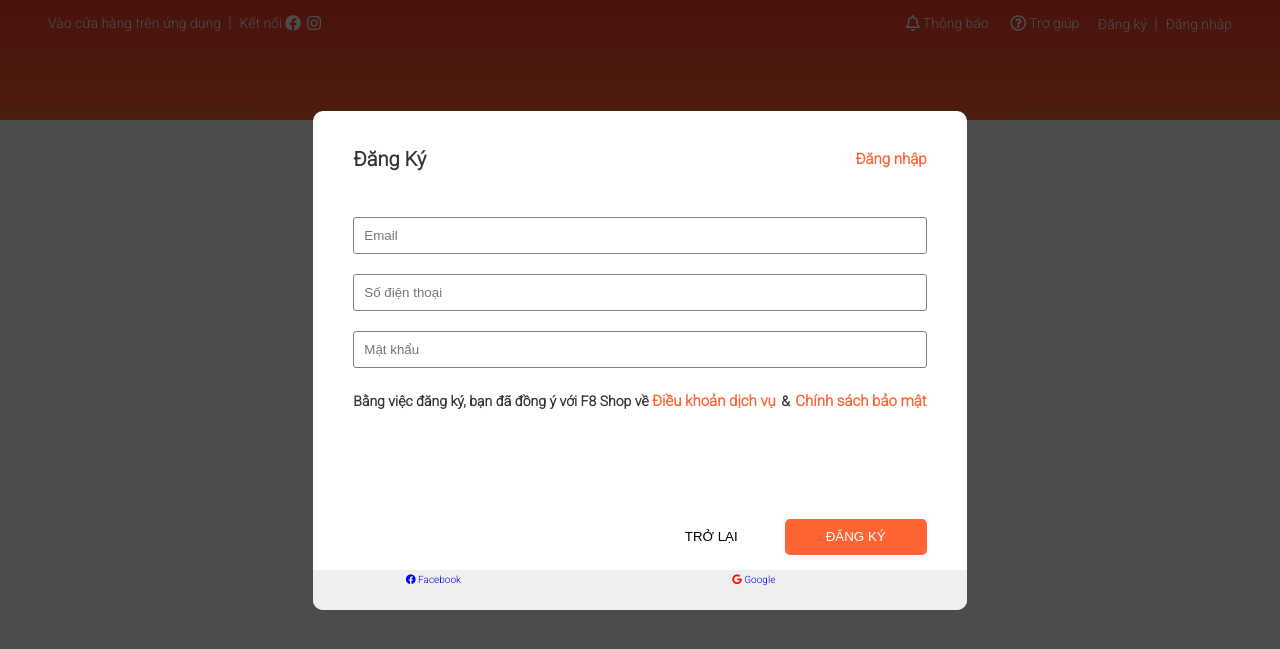
Repository: kebinh1235/Shopee-Demo
Page: index.html
These files come from the project's save history. The page is drawn as it stood at one moment and after the next save; the edit follows.
The browser window is 1280 px wide. The pictures show the whole page.

Above is the page before, as saved 2021-10-01 23:37:56.

After the next save:
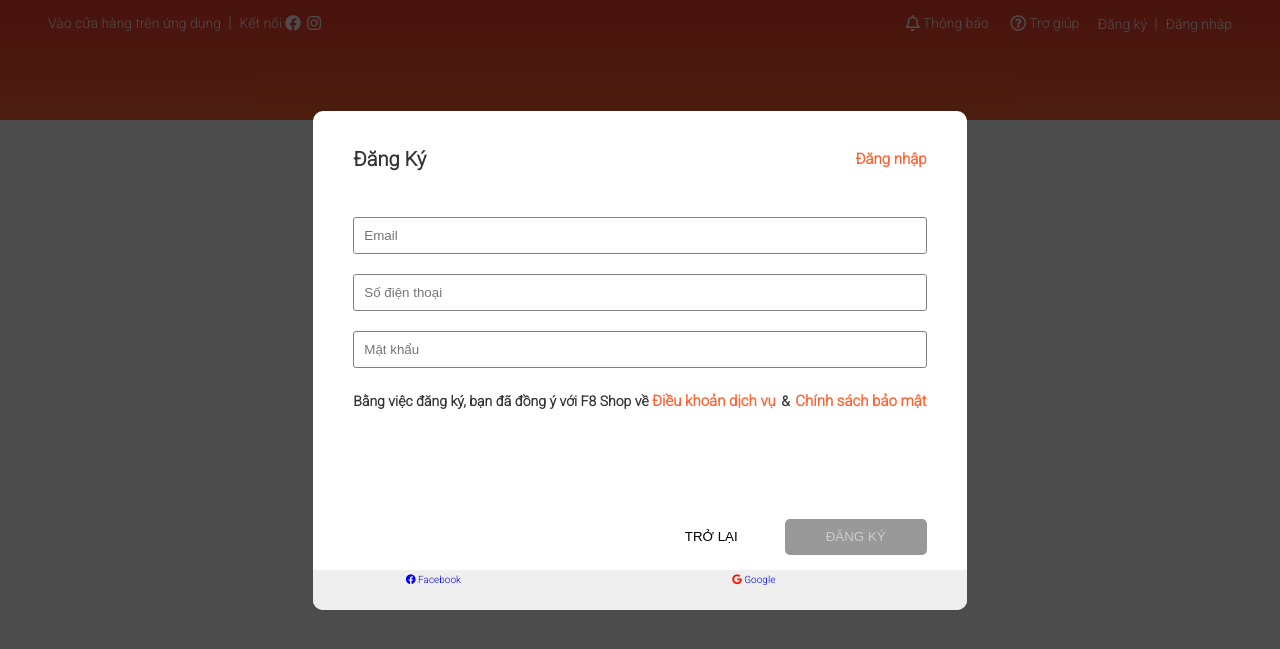
Saved 6 s later.
--- a/index.html
+++ b/index.html
@@ -150,7 +150,7 @@
               </div>
               <div class="auth__form-controls">
                 <button class="btn">TRỞ LẠI</button>
-                <button class="btn btn-primary btn.btn-disabled">ĐĂNG KÝ</button>
+                <button class="btn btn-primary btn-disabled">ĐĂNG KÝ</button>
               </div>
             </div>
             <div class="auth__form-social">

After the 2 saves that followed:
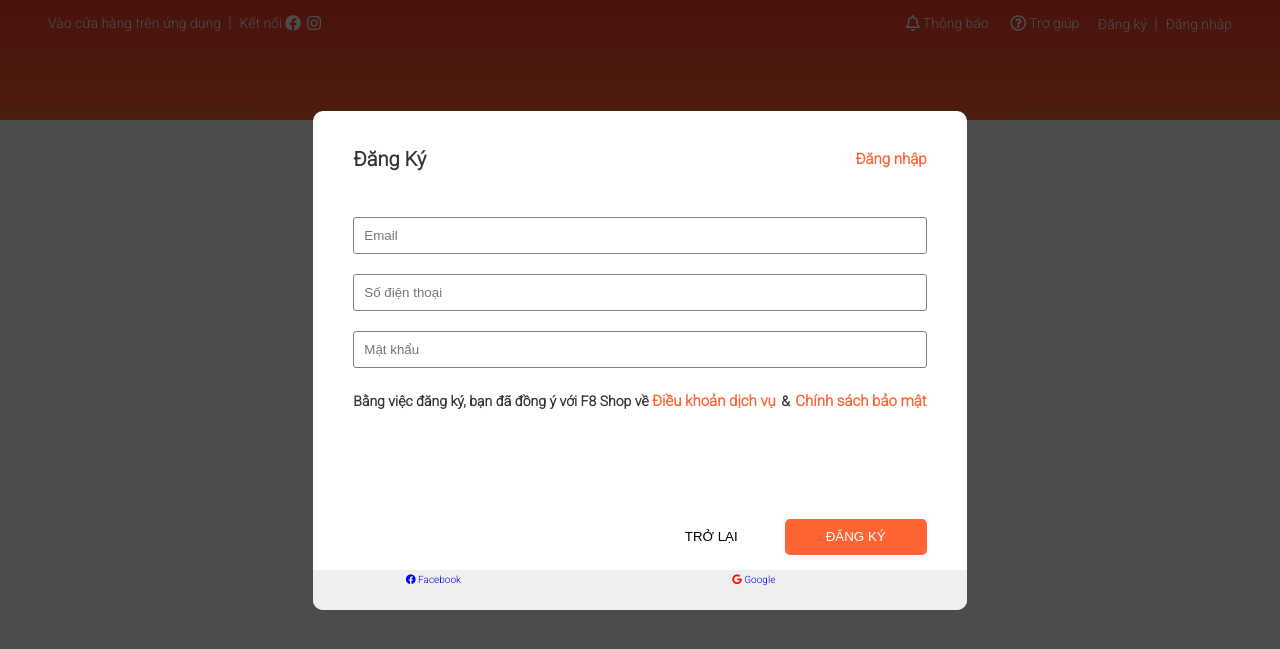
The 2 saves are shown as one change because they came seconds apart.
The last was saved 5 s later.
--- a/index.html
+++ b/index.html
@@ -150,7 +150,7 @@
               </div>
               <div class="auth__form-controls">
                 <button class="btn">TRỞ LẠI</button>
-                <button class="btn btn-primary btn-disabled">ĐĂNG KÝ</button>
+                <button class="btn btn-primary">ĐĂNG KÝ</button>
               </div>
             </div>
             <div class="auth__form-social">
